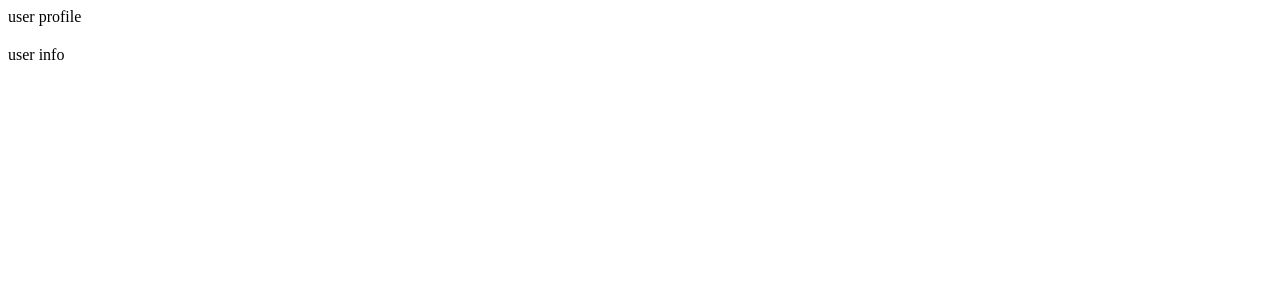
Repository: Dania-Alqam/js-session1
Page: index.html
The author's editor kept a copy of each file at every save. The page is drawn from the files as they stood at one save, then again after the next save.
The browser window is 1280 px wide. The pictures show the whole page.

Above is the page before, as saved 2024-07-07 21:42:03.
Console error: TypeError: Cannot read properties of undefined (reading 'log')

### index.html
<html lang="en">
  <head>
    <meta charset="UTF-8" />
    <meta name="viewport" content="width=device-width, initial-scale=1.0" />
    <title>Document</title>
    <link rel="stylesheet" href="./main.css" />
  </head>
  <body>
    <div class="”userProfile”">
      <p>user profile</p>
      <h2 class="first-header"></h2>
    </div>

    <div class="”userInfo”">
      <p>user info</p>
    </div>

    <script src="./main.js"></script>
  </body>
</html>

### main.css
.dark{
    background-color: black;
}

### main.js
document.querySelector(".first-header").
console.log(document.querySelector(".first-header"));

After the next save:
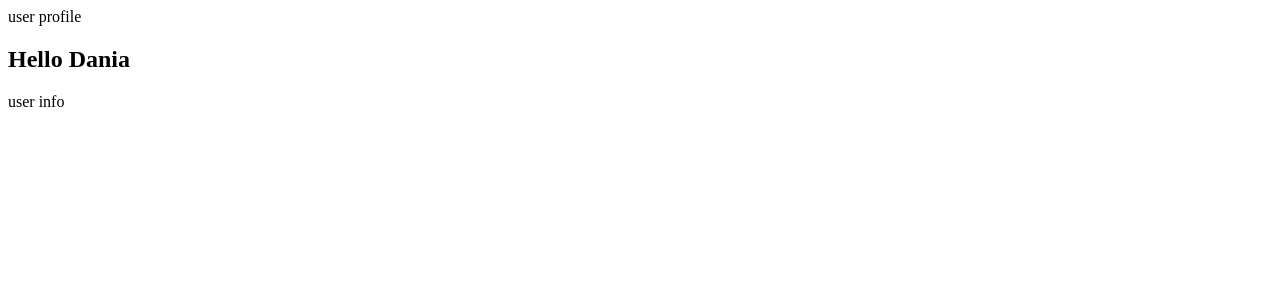
The error is gone.
Saved 9 s later.
--- a/main.js
+++ b/main.js
@@ -1,2 +1,2 @@
-document.querySelector(".first-header").
+document.querySelector(".first-header").textContent="Hello Dania"
 console.log(document.querySelector(".first-header"));
